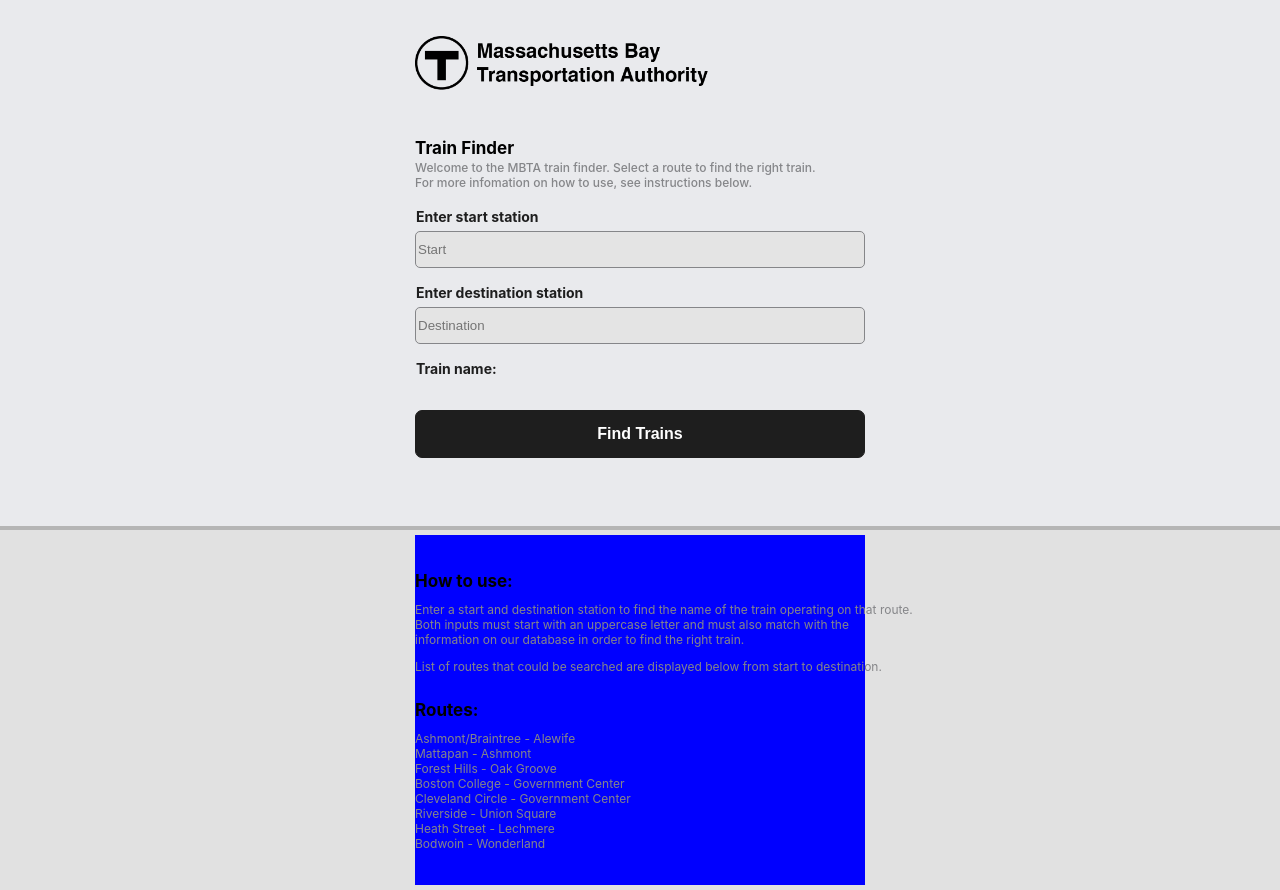
Repository: jumadesigns/mbta-train-finder
Page: / (app in mbta-app/)
An editor plug-in stored every save of this project. The page is shown before and after the next save, followed by the edit.
The browser window is 1280 px wide. The pictures show the whole page.
The page's requests for data from a server got no answer. The project was rebuilt for these pictures with package versions that can differ from the ones it lists, and the page was loaded fresh each time. No one was signed in, and anything a server would have sent is missing.

Above is the page before, as saved 2022-09-26 21:50:52.

After the next save:
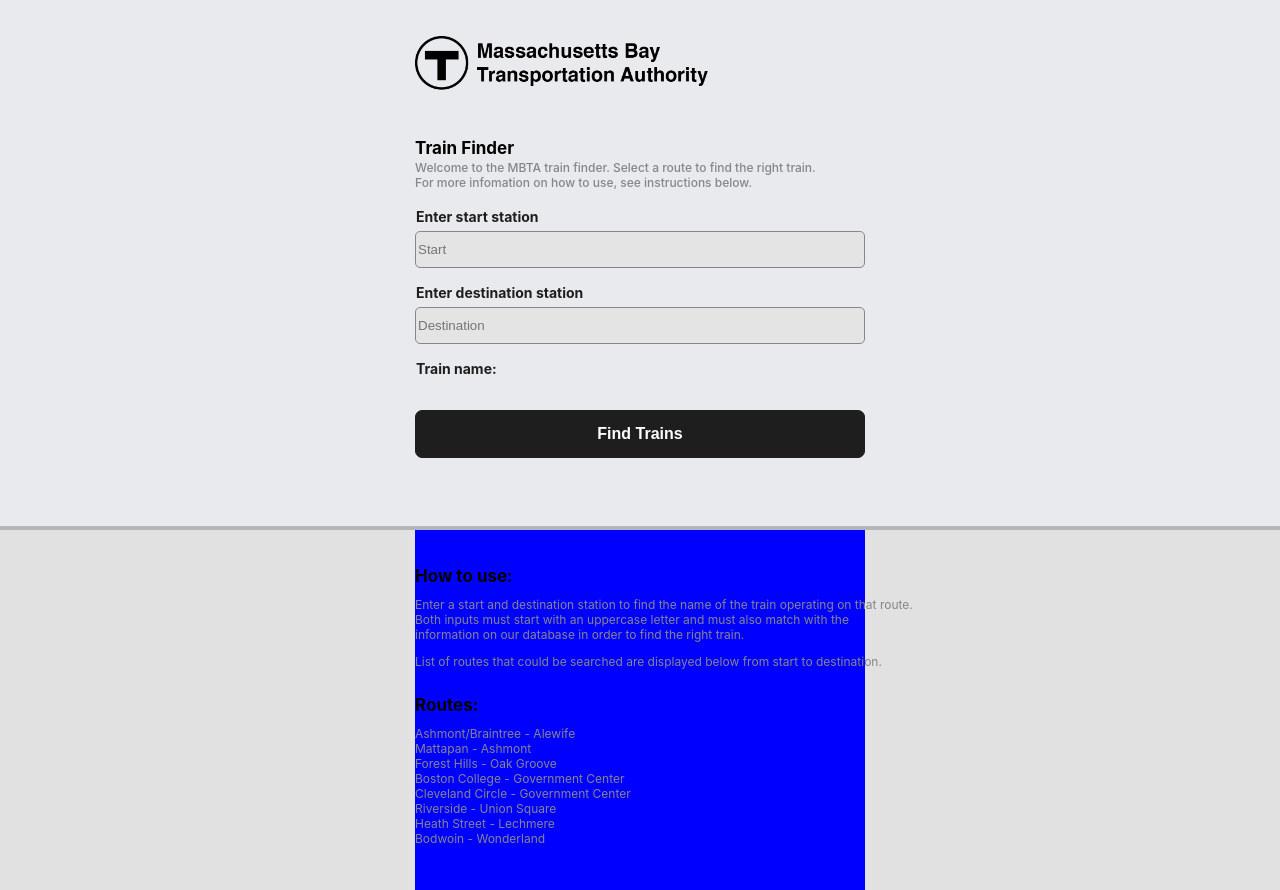
Saved 28 s later.
--- a/mbta-app/src/index.css
+++ b/mbta-app/src/index.css
@@ -127,7 +127,7 @@
 }
 
 .bottom-center-div {
-  height: 350px;
+  height: 450px;
   width: 450px;
   margin-top: 0vh;
   background-color: blue;
